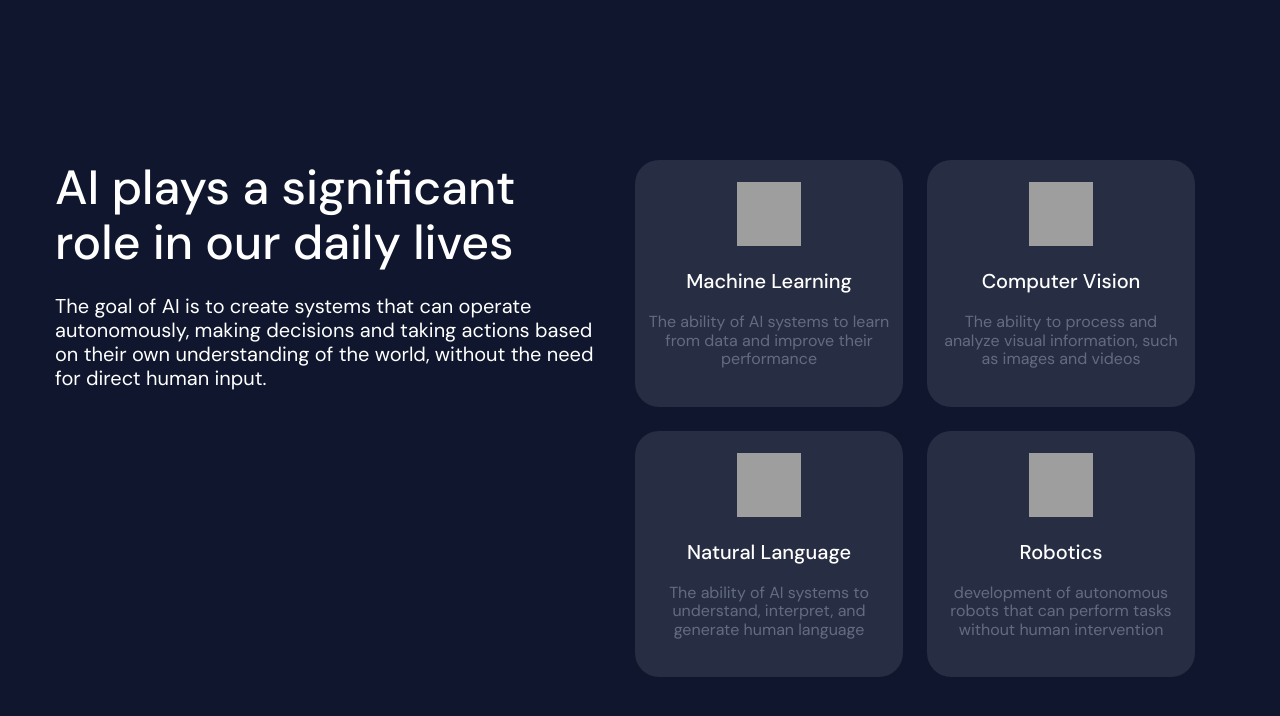
Repository: guli95/four-areas-of-AI-INVO-ACAdemy
Page: /
An editor plug-in stored every save of this project. The page is shown before and after the next save, followed by the edit.
The browser window is 1280 px wide. The pictures show the whole page.
Pictures or frames that could not be fetched are drawn as grey boxes. The project was rebuilt for these pictures with package versions that can differ from the ones it lists, and the page was loaded fresh each time.

Above is the page before, as saved 2023-03-13 14:57:28.

After the next save:
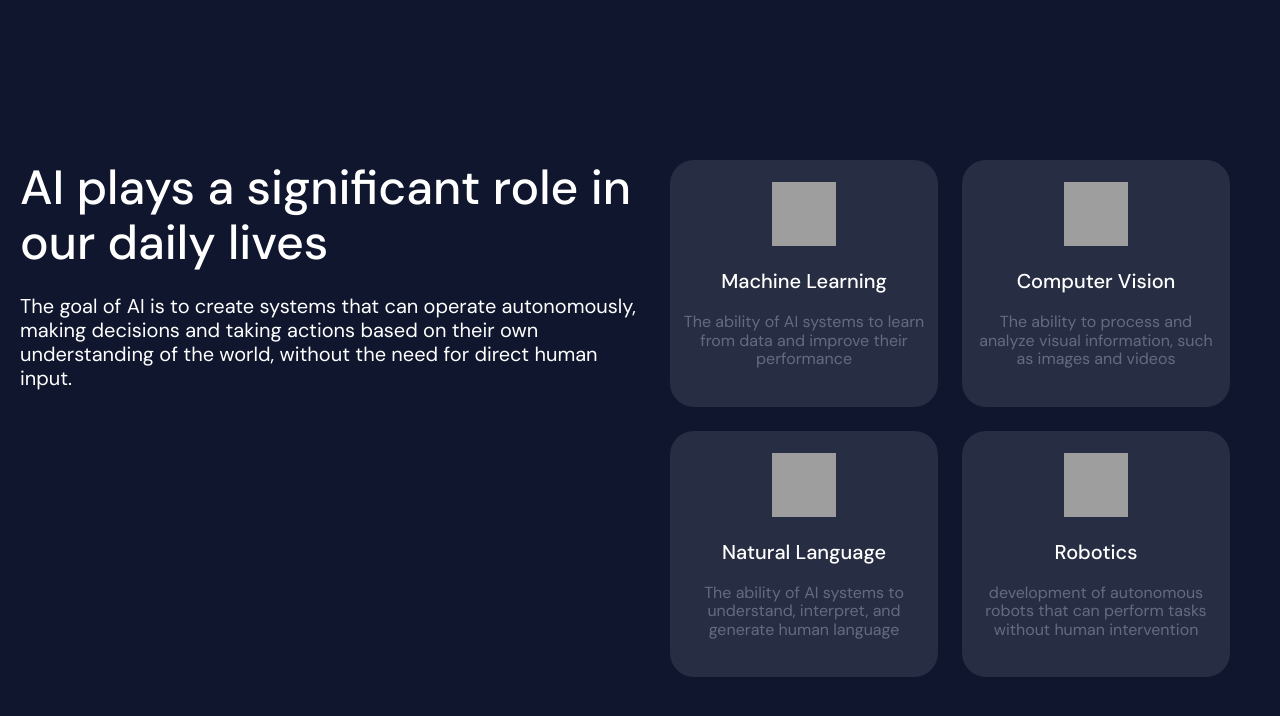
Saved 41 s later.
--- a/src/pages/home-page/styles/home-page.scss
+++ b/src/pages/home-page/styles/home-page.scss
@@ -25,7 +25,7 @@
         font-family: "DM Sans", sans-serif;
         text-align: left ;
         vertical-align: top;
-        max-width: 550px;
+        // max-width: 550px;
         @media screen and (max-width:1024px) {
             width: 100%;
             padding: 0 16px;

After the save that followed:
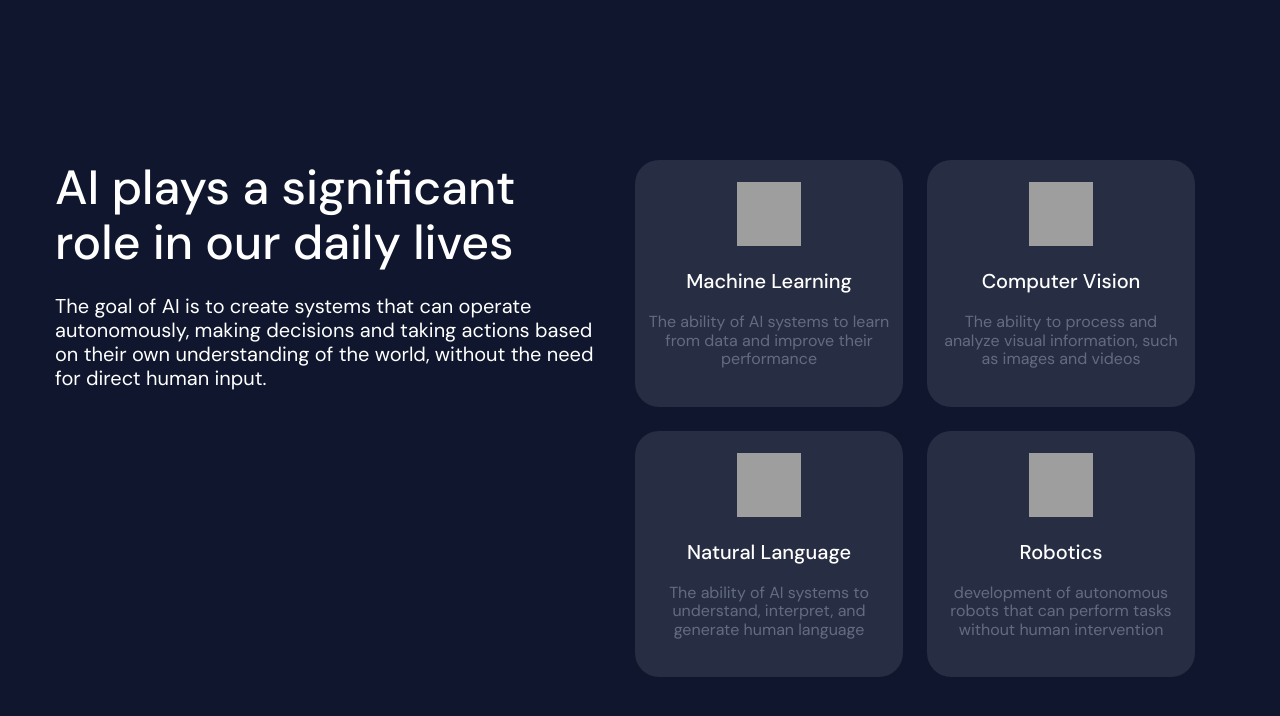
Saved 5 s later.
--- a/src/pages/home-page/styles/home-page.scss
+++ b/src/pages/home-page/styles/home-page.scss
@@ -25,7 +25,7 @@
         font-family: "DM Sans", sans-serif;
         text-align: left ;
         vertical-align: top;
-        // max-width: 550px;
+        max-width: 550px;
         @media screen and (max-width:1024px) {
             width: 100%;
             padding: 0 16px;
